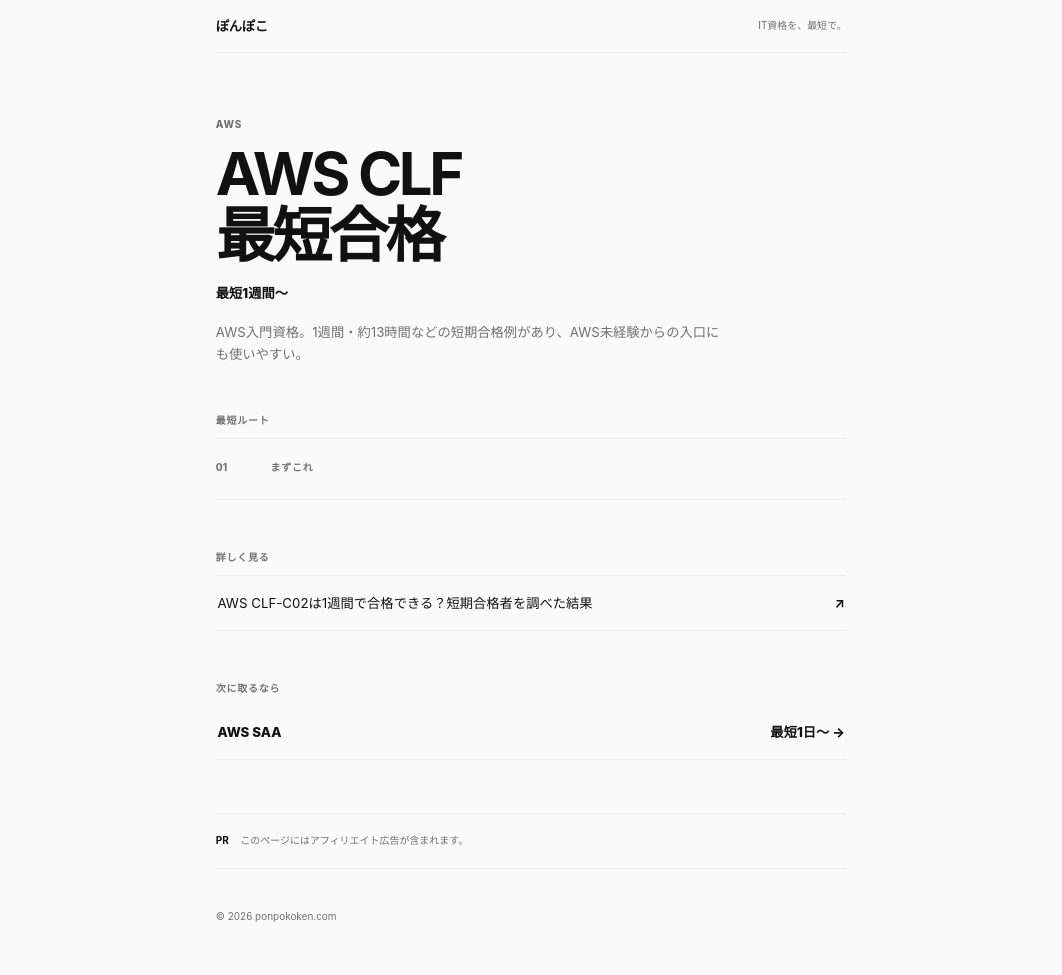
Repository: YUI012/ponpokoken
Page: /aws-clf
These files come from the project's save history. The page is drawn as it stood at one moment and after the next save; the edit follows.
The browser window is 1280 px wide. The pictures show the whole page, at 83% of full size.
The project was rebuilt for these pictures with package versions that can differ from the ones it lists, and the page was loaded fresh each time. The framework's server and built-in components were replaced by stand-ins that run in the browser. Also part of the build but not shown: components/CareerAd.js.

Above is the page before, as saved 2026-09-03 22:52:48.

### app/layout.js
import "./globals.css";

export const metadata = {
  title: "ぽんぽこ｜IT資格を最短で",
  description: "IT資格ごとの最短合格ルート、教材、問題演習、検証記事をまとめた資格ナビ"
};

export default function RootLayout({ children }) {
  return (
    <html lang="ja">
      <body>{children}</body>
    </html>
  );
}

### app/[slug]/page.js
import { notFound } from "next/navigation";
import Header from "../../components/Header";
import ProductButton from "../../components/ProductButton";
import CareerAd from "../../components/CareerAd";
import { certBySlug, certifications } from "../../data/certifications";
import { products } from "../../data/products";
import { articles } from "../../data/articles";

export function generateStaticParams() {
  return certifications.filter((cert) => cert.enabled).map((cert) => ({ slug: cert.slug }));
}

export default async function CertificationPage({ params }) {
  const { slug } = await params;
  const cert = certBySlug[slug];
  if (!cert || !cert.enabled) return notFound();

  return (
    <main>
      <Header />
      <section className="hero compact shell">
        <p className="overline">{cert.category}</p>
        <h1>{cert.name}<br />最短合格</h1>
        <p className="shortest">{cert.shortest}</p>
        <p className="heroText">{cert.summary}</p>
      </section>

      <section className="shell routeSection">
        <p className="sectionTitle">最短ルート</p>
        <div className="steps">
          {cert.steps.length === 0 && (
            <div className="empty">教材・詳細を追加するだけで、このページに自動表示されます。</div>
          )}
          {cert.steps.map((step, index) => {
            if (step.type === "product") {
              const product = products[step.productId];
              return (
                <article className="step" key={`${step.productId}-${index}`}>
                  <span className="stepNo">{String(index + 1).padStart(2, "0")}</span>
                  <div>
                    <p className="label">{step.title}</p>
                    <h2>{product?.name}</h2>
                    <p>{product?.reason}</p>
                    <ProductButton product={product} />
                  </div>
                </article>
              );
            }

            return (
              <article className="step" key={`${step.name}-${index}`}>
                <span className="stepNo">{String(index + 1).padStart(2, "0")}</span>
                <div>
                  <p className="label">{step.title}</p>
                  <h2>{step.name}</h2>
                  <p>{step.description}</p>
                </div>
              </article>
            );
          })}
        </div>
      </section>

      {cert.articleIds.length > 0 && (
        <section className="shell detailSection">
          <p className="sectionTitle">詳しく見る</p>
          <div className="articleList">
            {cert.articleIds.map((id) => {
              const article = articles[id];
              if (!article) return null;
              return (
                <a href={article.url} className="articleRow" target="_blank" rel="noreferrer" key={id}>
                  <span>{article.title}</span><b>↗</b>
                </a>
              );
            })}
          </div>
        </section>
      )}

      {cert.nextCerts.length > 0 && (
        <section className="shell nextSection">
          <p className="sectionTitle">次に取るなら</p>
          {cert.nextCerts.map((nextSlug) => {
            const next = certBySlug[nextSlug];
            if (!next) return null;
            return (
              <a className="nextRow" href={`/${next.slug}`} key={next.slug}>
                <span>{next.name}</span><span>{next.shortest} →</span>
              </a>
            );
          })}
        </section>
      )}

      {cert.showCareerAd && <div className="shell"><CareerAd /></div>}

      <section className="shell disclosure">
        <strong>PR</strong>
        <p>このページにはアフィリエイト広告が含まれます。</p>
      </section>

      <footer className="footer shell">© 2026 ponpokoken.com</footer>
    </main>
  );
}

### app/globals.css
:root {
  --bg: #fafafa;
  --text: #111;
  --muted: #717171;
  --line: #e8e8e8;
  --surface: #fff;
}

* { box-sizing: border-box; }
html { scroll-behavior: smooth; }
body {
  margin: 0;
  background: var(--bg);
  color: var(--text);
  font-family: -apple-system, BlinkMacSystemFont, "Segoe UI", "Noto Sans JP", sans-serif;
  line-height: 1.7;
}
a { color: inherit; text-decoration: none; }
.shell { width: min(760px, calc(100% - 28px)); margin: 0 auto; }
.header {
  width: min(760px, calc(100% - 28px));
  margin: 0 auto;
  display: flex;
  justify-content: space-between;
  align-items: center;
  padding: 18px 0;
  border-bottom: 1px solid var(--line);
}
.brand { font-weight: 800; letter-spacing: -0.02em; }
.tagline { color: var(--muted); font-size: 12px; }
.hero { padding: 76px 0 42px; }
.hero.compact { padding-bottom: 26px; }
.overline, .label, .sectionTitle {
  margin: 0 0 10px;
  font-size: 12px;
  font-weight: 800;
  letter-spacing: .08em;
  color: var(--muted);
}
h1 {
  margin: 0;
  font-size: clamp(44px, 10vw, 72px);
  line-height: 1.05;
  letter-spacing: -0.055em;
}
h2 { margin: 0 0 4px; font-size: 22px; letter-spacing: -0.03em; }
p { margin-top: 0; }
.heroText { max-width: 620px; margin: 20px 0 0; color: var(--muted); }
.shortest { display: inline-block; margin: 18px 0 0; font-weight: 800; }
.back { display: inline-block; margin-bottom: 28px; color: var(--muted); font-size: 13px; }
.listSection, .routeSection, .detailSection, .nextSection { padding: 30px 0; }
.certList { border-top: 1px solid var(--line); }
.certRow, .articleRow, .nextRow {
  display: flex;
  justify-content: space-between;
  align-items: center;
  gap: 20px;
  padding: 19px 2px;
  border-bottom: 1px solid var(--line);
  background: transparent;
}
.certRow strong { display: block; font-size: 20px; }
.certRow div > span { display: block; font-size: 12px; color: var(--muted); }
.rightMeta { display: flex; align-items: center; gap: 18px; text-align: right; }
.rightMeta span { color: var(--text) !important; font-size: 13px !important; font-weight: 700; }
.noteBlock, .careerAd, .disclosure {
  margin-top: 34px;
  padding: 22px 0;
  border-top: 1px solid var(--line);
  border-bottom: 1px solid var(--line);
}
.noteBlock p:last-child, .disclosure p { color: var(--muted); margin-bottom: 0; }
.steps { border-top: 1px solid var(--line); }
.step {
  display: grid;
  grid-template-columns: 48px 1fr;
  gap: 18px;
  padding: 24px 0;
  border-bottom: 1px solid var(--line);
}
.stepNo { font-size: 12px; font-weight: 800; color: var(--muted); }
.step p { color: var(--muted); margin-bottom: 0; }
.buyButton {
  display: inline-flex;
  margin-top: 14px;
  min-height: 44px;
  align-items: center;
  justify-content: center;
  padding: 0 18px;
  background: #111;
  color: #fff;
  border-radius: 8px;
  font-weight: 800;
}
.articleList { border-top: 1px solid var(--line); }
.articleRow span { max-width: 90%; }
.nextRow { font-weight: 800; }
.adSlot {
  display: grid;
  gap: 4px;
  margin-top: 14px;
  min-height: 96px;
  place-content: center;
  text-align: center;
  border: 1px dashed #bbb;
  color: var(--muted);
  padding: 18px;
}
.adSlot strong { color: var(--text); }
.empty { padding: 24px 0; color: var(--muted); border-bottom: 1px solid var(--line); }
.disclosure { display: flex; gap: 14px; font-size: 12px; }
.disclosure strong { flex: 0 0 auto; }
.footer { padding: 48px 0 60px; color: var(--muted); font-size: 12px; }

@media (max-width: 640px) {
  .header { padding: 15px 0; }
  .hero { padding: 52px 0 28px; }
  h1 { font-size: 48px; }
  .tagline { display: none; }
  .certRow { align-items: flex-start; }
  .rightMeta { gap: 10px; }
  .step { grid-template-columns: 34px 1fr; gap: 10px; }
  .buyButton { width: 100%; }
}

### components/Header.js
export default function Header() {
  return (
    <header className="header">
      <a className="brand" href="/">ぽんぽこ</a>
      <span className="tagline">IT資格を、最短で。</span>
    </header>
  );
}

### data/certifications.js
export const certifications = [
  {
    slug: "lpic",
    name: "LPIC-1",
    category: "Linux",
    shortest: "最短2週間〜",
    summary:
      "LPIC-1は101・102の2試験。短期合格例では約2週間で両方取得したケースがあります。",
    steps: [
      {
        type: "product",
        productId: "lpic101-udemy",
        title: "まず101"
      },
      {
        type: "product",
        productId: "lpic102-udemy",
        title: "101合格後"
      }
    ],
    articleIds: [
      "lpic-2weeks",
      "lpic-vs-ccna",
      "lpic-vs-saa"
    ],
    nextCerts: ["aws-saa", "ccna"],
    showCareerAd: true,
    enabled: true
  },

  {
    slug: "ccna",
    name: "CCNA",
    category: "Network",
    shortest: "最短10日〜",
    summary:
      "CCNAは10日合格の実例あり。短期間で取るならネットワーク基礎と問題演習を集中して進める。",
    steps: [
      {
        type: "product",
        productId: "ccna-udemy",
        title: "まずこれ"
      }
    ],
    articleIds: [
      "ccna-shortest",
      "ccna-simulation",
      "lpic-vs-ccna"
    ],
    nextCerts: ["aws-saa"],
    showCareerAd: true,
    enabled: true
  },

  {
    slug: "aws-saa",
    name: "AWS SAA",
    category: "AWS",
    shortest: "最短1日〜",
    summary:
      "AWS経験者では1日〜5日の短期合格例あり。AWSの基礎を押さえたら問題演習で仕上げる。",
    steps: [
      {
        type: "product",
        productId: "saa-udemy",
        title: "まずこれ"
      }
    ],
    articleIds: [
      "saa-shortest",
      "saa-mock-score",
      "lpic-vs-saa"
    ],
    nextCerts: [],
    showCareerAd: true,
    enabled: true
  },

  {
    slug: "az-900",
    name: "AZ-900",
    category: "Azure",
    shortest: "最短3時間〜",
    summary:
      "Azure入門資格。IT・クラウド経験者では3時間まで圧縮した合格例があります。",
    steps: [
      {
        type: "product",
        productId: "az900-udemy",
        title: "まずこれ"
      }
    ],
    articleIds: [
      "az900-3hours"
    ],
    nextCerts: ["aws-saa"],
    showCareerAd: false,
    enabled: true
  },

  {
    slug: "linuc-level1",
    name: "LinuC Level1",
    category: "Linux",
    shortest: "最短1〜2週間〜",
    summary:
      "LinuC Level1は101・102の2試験。教材を1つに絞ってLinux基礎からまとめて進める。",
    steps: [
      {
        type: "product",
        productId: "linuc-udemy",
        title: "101・102をまとめて"
      }
    ],
    articleIds: [
      "linuc-udemy",
      "lpic-vs-linuc"
    ],
    nextCerts: ["aws-saa"],
    showCareerAd: false,
    enabled: true
  },

  {
    slug: "aws-clf",
    name: "AWS CLF",
    category: "AWS",
    shortest: "最短1週間〜",
    summary:
      "AWS入門資格。1週間・約13時間などの短期合格例があり、AWS未経験からの入口にも使いやすい。",
    steps: [
      {
        type: "product",
        productId: "clf-udemy",
        title: "まずこれ"
      }
    ],
    articleIds: [
      "aws-clf-1week",
      "aws-clf-difficulty",
      "aws-clf-skip"
    ],
    nextCerts: ["aws-saa"],
    showCareerAd: false,
    enabled: true
  }
];

export const certBySlug = Object.fromEntries(
  certifications.map((cert) => [cert.slug, cert])
);

### data/products.js
export const products = {
  "lpic101-udemy": {
    name: "LPIC 101 対策講座",
    type: "udemy",
    url: "YOUR_IMPACT_UDEMY_LINK_LPIC101",
    label: "Udemyで見る",
    reason: "最初のインプット用。全体像を掴んでから問題演習へ進む。"
  },
  "lpic102-udemy": {
    name: "LPIC 102 対策講座",
    type: "udemy",
    url: "YOUR_IMPACT_UDEMY_LINK_LPIC102",
    label: "Udemyで見る",
    reason: "101合格後、そのまま102へ進むためのインプット用。"
  },
  "saa-udemy": {
    name: "AWS SAA 対策講座",
    type: "udemy",
    url: "YOUR_IMPACT_UDEMY_LINK_SAA",
    label: "Udemyで見る",
    reason: "Linuxの次にクラウドへ広げたい人向け。"
  },
  "ccna-udemy": {
    name: "CCNA 対策講座",
    type: "udemy",
    url: "YOUR_IMPACT_UDEMY_LINK_CCNA",
    label: "Udemyで見る",
    reason: "ネットワーク基礎を短期で固めるためのインプット用。"
  },
  "az900-udemy": {
    name: "AZ-900 対策講座",
    type: "udemy",
    url: "YOUR_IMPACT_UDEMY_LINK_AZ900",
    label: "Udemyで見る",
    reason: "Azure入門を短時間で終わらせたい人向け。"
  }
};

### data/articles.js
export const articles = {
  "lpic-2weeks": {
    title: "LPIC-1は2週間で取れる？短期合格者を調べた結果",
    url: "https://note.com/ponpoko_0803/n/n7b63485649b3"
  },

  "ccna-10days": {
    title: "CCNAは10日で合格できる？短期合格者を調べた結果",
    url: "https://note.com/ponpoko_0803/n/nf6448d3149d5"
  },

  "aws-clf-1week": {
    title: "AWS CLF-C02は1週間で合格できる？短期合格者を調べた結果",
    url: "https://note.com/ponpoko_0803/n/n22025aeda527"
  },

  "aws-saa-1day": {
    title: "AWS SAAは1日で合格できる？短期合格者を調べた結果",
    url: "https://note.com/ponpoko_0803/n/nd41e8ce4ddc5"
  },

  "aws-ai-10hours": {
    title: "AWS AI Practitionerは10時間で合格できる？短期合格者を調べた結果",
    url: "https://note.com/ponpoko_0803/n/n39cc167c5ef6"
  },

  "ai900-10hours": {
    title: "AI-900は10時間で合格できる？短期合格者を調べた結果",
    url: "https://note.com/ponpoko_0803/n/nf00a96454e0d"
  },

  "az900-3hours": {
    title: "AZ-900は3時間で合格できる？短期合格者を調べた結果",
    url: "https://note.com/ponpoko_0803/n/n81fdfb0d57b7"
  },

  "sc900-3hours": {
    title: "SC-900は3時間で合格できる？短期合格者を調べた結果",
    url: "https://note.com/ponpoko_0803/n/nd913909be874"
  },

  "generative-ai-passport-20hours": {
    title: "【2026年版】生成AIパスポートは20時間前後で合格できる？短期合格者を比較",
    url: "https://note.com/ponpoko_0803/n/nf470c2200966"
  }
};

### components/ProductButton.js
export default function ProductButton({ product }) {
  if (!product) return null;
  return (
    <a className="buyButton" href={product.url} rel="sponsored nofollow">
      {product.label}
    </a>
  );
}

After the next save:
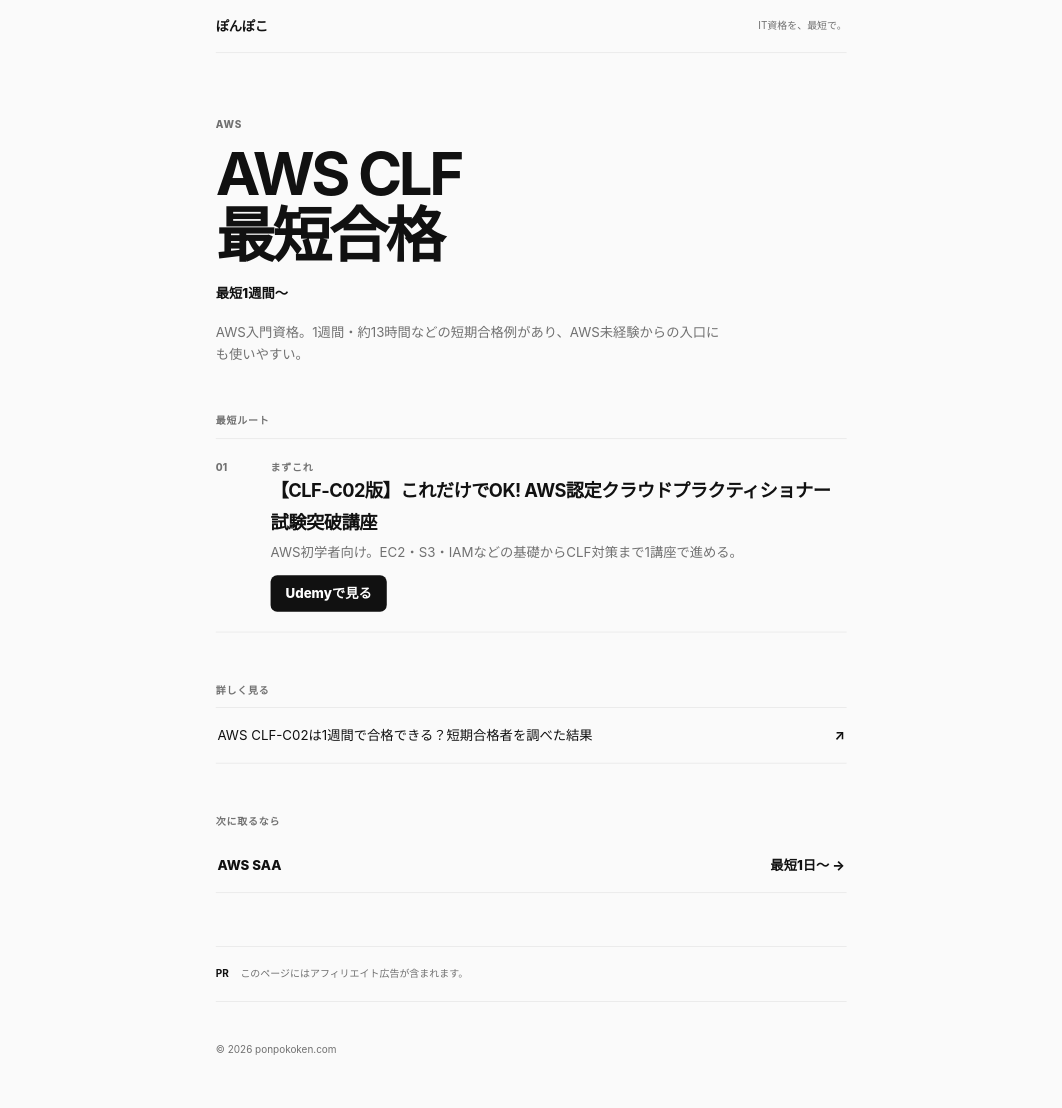
Saved 3 min 36 s later.
--- a/data/products.js
+++ b/data/products.js
@@ -1,37 +1,57 @@
 export const products = {
   "lpic101-udemy": {
-    name: "LPIC 101 対策講座",
+    name: "【短時間でサクッとわかる】LPICレベル1 101試験講座＋問題集",
     type: "udemy",
-    url: "YOUR_IMPACT_UDEMY_LINK_LPIC101",
+    url: "https://www.udemy.com/course/lpic1-101-version-50/",
     label: "Udemyで見る",
-    reason: "最初のインプット用。全体像を掴んでから問題演習へ進む。"
+    reason: "約3時間でLPIC 101の試験範囲を一周したい人向け。まず101を短時間で仕上げる。"
   },
+
   "lpic102-udemy": {
-    name: "LPIC 102 対策講座",
+    name: "【LPIC1】Level1 (101-500/102-500)模擬試験問題集",
     type: "udemy",
-    url: "YOUR_IMPACT_UDEMY_LINK_LPIC102",
+    url: "https://www.udemy.com/course/lpic1level1-101-500102-500/",
     label: "Udemyで見る",
-    reason: "101合格後、そのまま102へ進むためのインプット用。"
+    reason: "101・102対応の740問。101合格後は102の模擬試験を中心に回して仕上げる。"
   },
+
   "saa-udemy": {
-    name: "AWS SAA 対策講座",
+    name: "【SAA-C03版】AWS認定ソリューションアーキテクト アソシエイト模擬試験問題集（6回分390問）",
     type: "udemy",
-    url: "YOUR_IMPACT_UDEMY_LINK_SAA",
+    url: "https://www.udemy.com/course/aws-knan/",
     label: "Udemyで見る",
-    reason: "Linuxの次にクラウドへ広げたい人向け。"
+    reason: "395問・模擬試験6回。AWSの基礎がある人が最短でSAA合格を狙う仕上げ用。"
   },
+
   "ccna-udemy": {
-    name: "CCNA 対策講座",
+    name: "【ウズカレ式】『CCNA最短合格講義』の著者直伝！1週間でネットワークの基本知識が全て学べる講座",
     type: "udemy",
-    url: "YOUR_IMPACT_UDEMY_LINK_CCNA",
+    url: "https://www.udemy.com/course/ccna-full/",
     label: "Udemyで見る",
-    reason: "ネットワーク基礎を短期で固めるためのインプット用。"
+    reason: "ネットワーク初心者向け。CCNAの試験範囲を基礎から1講座でまとめて学ぶ。"
   },
+
   "az900-udemy": {
-    name: "AZ-900 対策講座",
+    name: "最短で合格！Azure Fundamentals AZ-900 試験対策問題集",
     type: "udemy",
-    url: "YOUR_IMPACT_UDEMY_LINK_AZ900",
+    url: "https://www.udemy.com/course/microsoft-azure-az900-exam/",
     label: "Udemyで見る",
-    reason: "Azure入門を短時間で終わらせたい人向け。"
+    reason: "350問・模擬試験5回。Azureの基礎を押さえた後、問題演習中心で短期合格を狙う。"
+  },
+
+  "linuc-udemy": {
+    name: "【ウズカレ式】『LinuC最短合格講義』の著者直伝！1週間でLPIC・LinuC（101+102）の全てを学べる講座",
+    type: "udemy",
+    url: "https://www.udemy.com/course/linuc-lv1/",
+    label: "Udemyで見る",
+    reason: "101・102を1講座でまとめて学習。LinuC Level1を短期間で一気に進めたい人向け。"
+  },
+
+  "clf-udemy": {
+    name: "【CLF-C02版】これだけでOK! AWS認定クラウドプラクティショナー試験突破講座",
+    type: "udemy",
+    url: "https://www.udemy.com/course/ok-aws-e/",
+    label: "Udemyで見る",
+    reason: "AWS初学者向け。EC2・S3・IAMなどの基礎からCLF対策まで1講座で進める。"
   }
 };
